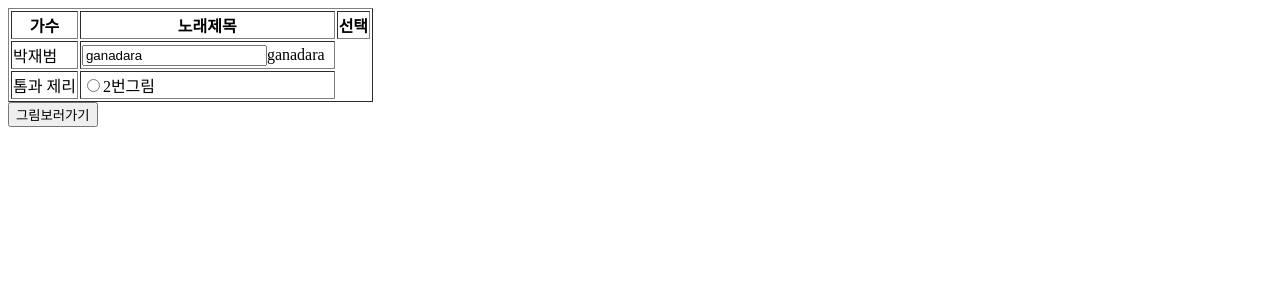
Repository: SimpleRan/jsp_paractice2
Page: http://localhost/JSPBasic/jspobject/qiuz/music.jsp
An editor plug-in stored every save of this project. The page is shown before and after the next save, followed by the edit.
The browser window is 1280 px wide. The pictures show the whole page.
The page is served by Tomcat 9.

Above is the page before, as saved 2022-03-28 09:40:02.

### JSPBasic/src/main/webapp/jspobject/qiuz/music.jsp
<%@ page language="java" contentType="text/html; charset=UTF-8"
    pageEncoding="UTF-8"%>
<!DOCTYPE html>
<html>
<head>
<meta charset="UTF-8">
<title>Insert title here</title>
</head>
<body>
<!-- music.jsp  에는 테이블 형태로 가수, 노래제목, checkbox를 두시고
곡은 3곡이상 두세요. music_result.jsp에서는 music.jsp에서 보낸 노래제목을 받아서 감지한다음
유튜브 영상 주로로 리다이렉트 시키게 해주세요. -->
	<form aciton = "music_result.jsp" method="post">
	 <table border ="1">
	  <thead>
	    <th> 가수 </th>
	    <th> 노래제목 </th>
	    <th> 선택 </th>
	  </thead>
	  <tbody>
	   <tr>
	    <td>박재범</td>
	    <td><input name="music" value="ganadara">ganadara &nbsp; </td>
	   </tr>
	   <tr>
	    <td>톰과 제리</td>
	    <td><input type="radio" name="photo" value="2번그림">2번그림 &nbsp; </td>
	   </tr>
	  </tbody>
	 </table>

	 <input type= "submit" class="btn btn-primary" value="그림보러가기"/>
	</form>
</body>
</html>

After the next save:
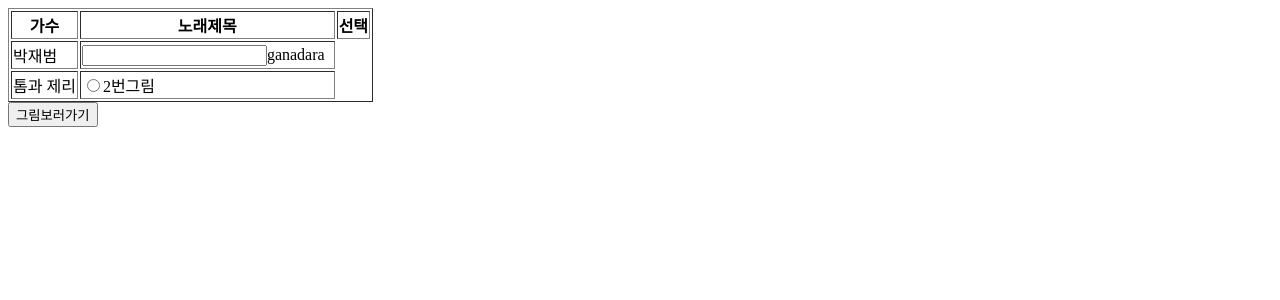
Saved 18 s later.
--- a/JSPBasic/src/main/webapp/jspobject/qiuz/music.jsp
+++ b/JSPBasic/src/main/webapp/jspobject/qiuz/music.jsp
@@ -20,7 +20,7 @@
 	  <tbody>
 	   <tr>
 	    <td>박재범</td>
-	    <td><input name="music" value="ganadara">ganadara &nbsp; </td>
+	    <td><input name="music">ganadara &nbsp; </td>
 	   </tr>
 	   <tr>
 	    <td>톰과 제리</td>
